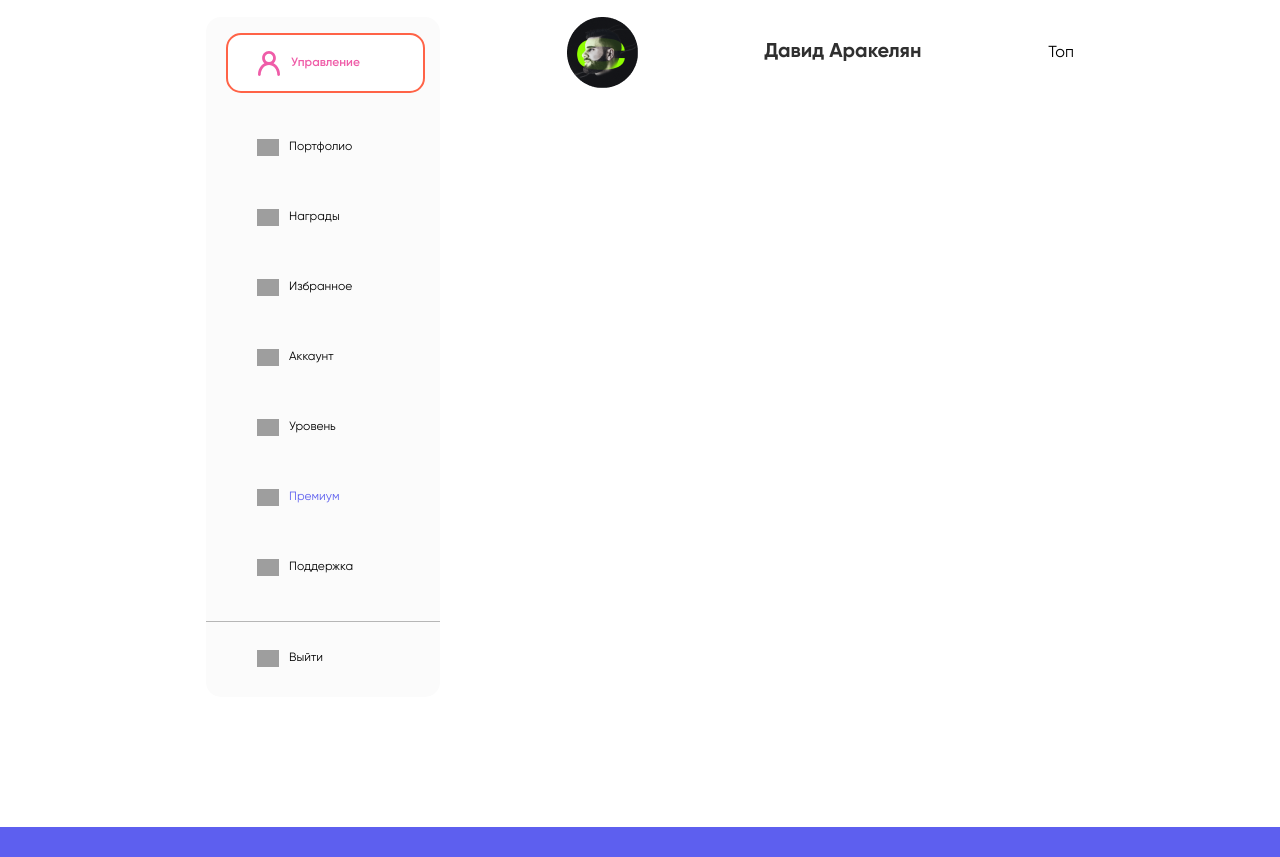
Repository: alexboagreek/selfmade
Page: index.html
These files come from the project's save history. The page is drawn as it stood at one moment and after a run of saves; the edit follows.
The browser window is 1280 px wide. The pictures show the part of the page from y = 353 to 1210 px (the page is 1719 px tall).
Pictures or frames that could not be fetched are drawn as grey boxes. A picture or video elsewhere on the page could not be fetched, so the positions and the page height are approximate.

Above is the page before, as saved 2022-12-13 12:19:32.

### index.html
<!DOCTYPE html>
<html lang="ru">
<head>
    <meta charset="UTF-8">
    <meta http-equiv="X-UA-Compatible" content="IE=edge">
    <meta name="viewport" content="width=device-width, initial-scale=1.0">
    <link rel="stylesheet" href="css/style.css">
    <link rel="icon" type="image/png" sizes="64x64" href="assets/icons/favicon.png">
    <link rel="icon" type="image/png" sizes="48x48" href="assets/icons/favicon_48.png">
    <title>Selfmade</title>
</head>
<body>
    <header class="header">
        <div class="header__container">
            <h1 class="visually-hidden">Selfmade...</h1>
            <div class="header__box">
                <div class="header__logo">
                    <a href="/"><img src="./assets/icons/header_logo.svg" alt="Логотип Selfmade"></a>
                </div>
                <div class="header__login">
                    <div class="header__alarm">
                        <img class="header__alarm_icon" src="assets/icons/bell.svg" alt="authorization bell">
                    </div>
                    <p class="user__name">Аракелян Д.</p>
                    <div class="user__login">
                        <img src="assets/icons/user_icon.svg" alt="user icon">
                    </div>
                </div>

            </div>

        </div>
    </header>

    <main class="main main__container">
        <div class="sidebar">
            <ul class="menu__list">
                <li class="menu__list_item menu__list_item_fix">
                    <button class="menu__list_button menu__button_control control__text">Управление</button>
                </li>
                <li class="menu__list_item list_item_fix">
                    <button class="menu__list_button menu__button_portfolio">Портфолио</button>
                </li>
                <li class="menu__list_item list_item_fix">
                    <button class="menu__list_button menu__button_star">Награды</button>
                </li>
                <li class="menu__list_item list_item_fix">
                    <button class="menu__list_button menu__button_like">Избранное</button>
                </li>
                <li class="menu__list_item list_item_fix">
                    <button class="menu__list_button menu__button_settings">Аккаунт</button>
                </li>
                <li class="menu__list_item list_item_fix">
                    <button class="menu__list_button menu__button_level">Уровень</button>
                </li>
                <li class="menu__list_item list_item_fix">
                    <button class="menu__list_button menu__button_premium menu__button_active">Премиум</button>
                </li>
                <li class="menu__list_item item__border list_item_fix">
                    <button class="menu__list_button menu__button_helper">Поддержка</button>
                </li>
                <li class="menu__list_item list_item_fix menu__line">
                    <button class="menu__list_button menu__button_exit">Выйти</button>
                </li>
            </ul>
        </div>
        <div class="content">
            <section class="interface">
                <div class="interface__box">
                    <div class="interface__box_header">
                        <div class="user__info">

                        </div>
                        <img src="assets/img/interface.png" alt="Логотип интерфейса юзера | user interface logo" class="interface__img">
                        <p class="interface__text">Давид Аракелян</p>
                        <div class="interface__rating">Топ</div>
                    </div>
                </div>
            </section>
        </div>
    </main>

  <footer class="footer">
    <div class="footer__container">
        <div class="footer__box">
            <img src="./assets/icons/footer_logo.svg" alt="Логотип Selfmade">
            <div class="footer__social">
                <ul class="footer__social_list">
                    <li class="footer__social_list_item">
                        <svg width="15" height="14" viewbox="0 0 15 14" fill="none" xmlns="http://www.w3.org/2000/svg">
                            <path d="M0.911243 6.87875L4.18677 8.10128L5.45459 12.1786C5.53572 12.4397 5.85504 12.5363 6.067 12.363L7.89283 10.8745C8.08421 10.7186 8.35682 10.7108 8.55683 10.856L11.85 13.2469C12.0767 13.4117 12.3979 13.2875 12.4548 13.0135L14.8672 1.40935C14.9293 1.11007 14.6352 0.860402 14.3502 0.970619L0.907405 6.15646C0.575664 6.2844 0.578554 6.75408 0.911243 6.87875ZM5.25027 7.4505L11.6519 3.50775C11.7669 3.43709 11.8853 3.59266 11.7865 3.6843L6.50332 8.59526C6.31761 8.76813 6.19783 8.99946 6.1639 9.25055L5.98393 10.5842C5.9601 10.7623 5.70995 10.78 5.66081 10.6077L4.96866 8.17563C4.88939 7.89823 5.00491 7.60194 5.25027 7.4505Z" fill="#5D5FEF"/>
                        </svg>
                    </li>
                    <li class="footer__social_list_item">
                        <svg width="15" height="15" viewbox="0 0 15 15" fill="none" xmlns="http://www.w3.org/2000/svg">
                            <path fill-rule="evenodd" clip-rule="evenodd" d="M4.90509 0.6828C2.54568 0.6828 0.632996 2.59548 0.632996 4.9549V10.295C0.632996 12.6544 2.54568 14.5671 4.90509 14.5671H10.2452C12.6046 14.5671 14.5173 12.6544 14.5173 10.295V4.9549C14.5173 2.59548 12.6046 0.6828 10.2452 0.6828H4.90509ZM7.57515 3.88687C5.51067 3.88687 3.83707 5.56047 3.83707 7.62496C3.83707 9.68944 5.51067 11.363 7.57515 11.363C9.63964 11.363 11.3132 9.68944 11.3132 7.62496C11.3132 5.56047 9.63964 3.88687 7.57515 3.88687ZM11.5421 4.64975C12.0898 4.64975 12.5338 4.20573 12.5338 3.65801C12.5338 3.11029 12.0898 2.66627 11.5421 2.66627C10.9944 2.66627 10.5504 3.11029 10.5504 3.65801C10.5504 4.20573 10.9944 4.64975 11.5421 4.64975Z" fill="#5D5FEF"/>
                        </svg>
                    </li>
                    <li class="footer__social_list_item">
                        <svg width="16" height="9" viewbox="0 0 16 9" fill="none" xmlns="http://www.w3.org/2000/svg">
                            <path d="M12.9479 4.91454C12.7006 4.61918 12.7714 4.48778 12.9479 4.22376C12.9511 4.22075 14.9925 1.55289 15.2028 0.648132L15.2041 0.647529C15.3086 0.317814 15.2041 0.0755005 14.6987 0.0755005H13.0263C12.6006 0.0755005 12.4043 0.283456 12.2991 0.516125C12.2991 0.516125 11.4477 2.44378 10.2431 3.69332C9.85434 4.05438 9.67462 4.17012 9.46239 4.17012C9.35787 4.17012 9.19535 4.05438 9.19535 3.72467V0.647529C9.19535 0.252112 9.07617 0.0755005 8.72373 0.0755005H6.09412C5.82709 0.0755005 5.66839 0.259948 5.66839 0.431737C5.66839 0.80666 6.27066 0.892856 6.33312 1.9477V4.23642C6.33312 4.73792 6.23689 4.83015 6.02338 4.83015C5.45489 4.83015 4.07508 2.89465 3.25739 0.679476C3.09232 0.249701 2.93108 0.0761032 2.50216 0.0761032H0.829178C0.351821 0.0761032 0.255585 0.284059 0.255585 0.516728C0.255585 0.927817 0.824079 2.97181 2.89921 5.67222C4.28221 7.51549 6.22988 8.51428 8.00164 8.51428C9.06661 8.51428 9.19663 8.29246 9.19663 7.91091C9.19663 6.14961 9.10039 5.98325 9.63383 5.98325C9.88111 5.98325 10.3068 6.09898 11.3011 6.98806C12.4374 8.04231 12.6242 8.51428 13.2602 8.51428H14.9326C15.4093 8.51428 15.6508 8.29246 15.5119 7.85485C15.1939 6.93442 13.0448 5.04112 12.9479 4.91454V4.91454Z" fill="#5D5FEF"/>
                        </svg>
                    </li>
                    <li class="footer__social_list_item">
                        <svg width="7" height="14" viewbox="0 0 7 14" fill="none" xmlns="http://www.w3.org/2000/svg">
                            <path d="M5.1126 2.93661H6.8285V0.446777H4.81141V0.455757C2.36736 0.540786 1.86645 1.89031 1.8223 3.30771H1.81727V4.55101H0.153015V6.9893H1.81727V13.5253H4.3254V6.9893H6.37996L6.77685 4.55101H4.32622V3.79984C4.32622 3.32082 4.65072 2.93661 5.1126 2.93661Z" fill="#5D5FEF"/>
                        </svg>
                    </li>
                </ul>
            </div>
        </div>
        <div class="footer__services">
            <ul class="services__list">
                <li class="services__list_item">Как работает сервис?</li>
                <li class="services__list_item">Советы от SELFMADE</li>
                <li class="services__list_item">Пользовательское соглашение</li>
                <li class="services__list_item">Почему SELFMADE</li>
                <li class="services__list_item">Помощь и поддержка</li>
            </ul>
        </div>
    </div>
    <div class="footer__copyright">
        <ul class="footer__copyright_list">
            <li class="footer__copyright_list_item footer__copy_text">© SELFMADE.TEAM 2022</li>
            <li class="footer__copyright_list_item footer__copy_text-info">ИНН 431207720494 / ОГРНИП 320508100324371</li>
            <li class="footer__copyright_list_item">
                <a class="footer__copyright_link" href="#">Политика конфиденциальности</a>
            </li>
        </ul>
    </div>

  </footer>
</body>
</html>

### css/style.css
@import 'normalize.css';
@import 'fonts.css';
@import 'default.css';
@import 'header.css';
@import 'sidebar.css';
@import 'interface.css';
@import 'footer.css';

### css/fonts.css
@font-face {
    font-family: Gilroy;
    src: url(../assets/fonts/Gilroy-Regular.woff2) format('woff2'),
    url(../assets/fonts/Gilroy-Regular.woff) format('woff');
    font-weight: 400;
}

@font-face {
    font-family: Gilroy;
    src: url(../assets/fonts/Gilroy-Semibold.woff2) format('woff2'),
    url(../assets/fonts/Gilroy-Semibold.woff) format('woff');
    font-weight: 500;
}

@font-face {
    font-family: Gilroy;
    src: url(../assets/fonts/Gilroy-Bold.woff2) format('woff2'),
    url(../assets/fonts/Gilroy-Bold.woff) format('woff');
    font-weight: 600;
}

### css/default.css
:root {
    --color-control-text:#EF5DA8;
    --color-menu: #F0F0F0;
    --color-menu-active: #5D5FEF;
    --color-alarm: #EF5DA8;
    --color-main: #FBFBFB;
    --footer-color-main: #5D5FEF;
    --footer-color-copyright: #5556D3;
    --footer-social-color: #FFFFFF;
    --footer-copyright-link: #B6B6B6;
}

html {
  overflow-x: hidden;
  position: relative;
  box-sizing: border-box;
}

*,
*::before,
*::after {
  box-sizing: inherit;
}

body {
  display: flex;
  flex-direction: column;
  min-width: 320px;
  height: 100%;
  font-family: Gilroy, sans-serif;
  background-color: #FFFFFF;
  font-size: 16px;
  overflow-x: hidden;
  position: relative;
}

img,
svg {
  max-width: 100%;
  max-height: 100%;
  height: auto;
}

button {
  padding: 0;
  cursor: pointer;
  border: none;
  background-color: transparent;
}

a {
  text-decoration: none;
  color: inherit;
}

ul {
  list-style: none;
  padding: 0;
  margin: 0;
}

h1,
h2,
h3,
p,
figure,
fieldset {
  margin: 0;
}

iframe {
  border: none;
}

fieldset {
  padding: 0;
  border: 0;
}

.visually-hidden {
  position: fixed;
  transform: scale(0);
}

.container {
    max-width: 1400px;
    padding: 0 100px;
    margin: 0 auto;
}

### css/header.css
.header {
    padding-top: 28px;
    padding-bottom: 37px;
    flex: 0 0 auto;
    background-color: #FFFFFF;
}

.header__box {
    display: flex;
    justify-content: space-between;
    align-items: center;
}

.header__container {
    max-width: 1500px;
    margin: 0 auto;
    padding: 0 100px;
}

.header__alarm {
    position: relative;
    margin-right: 11px;
}

.header__alarm::after {
    position: absolute;
    top: 0;
    content: '';
    width: 5px;
    height: 5px;
    background-color: var(--color-alarm);
    border-radius: 50%;
}
.user__name {
    margin-right: 6px;
}

.header__login {
    display: flex;
    align-items: center;
}

.user__login {
    cursor: pointer;
}

.services__list_item {
    cursor: pointer;
}

### css/sidebar.css
.main {
    display: flex;
}

.main__container {
    max-width: 1200px;
    margin: 0 auto;
}

.sidebar {
    display: flex;
    justify-content: center;
    width: 234px;
    border-radius: 15px;
    background-color: var(--color-main);
    margin-bottom: 130px;
}

.menu__list_button {
    font-size: 12px;
    line-height: 16px;
    padding: 7px 8px 7px 40px;
    background-size: 22px;
    background-position: 8px center;
    background-repeat: no-repeat;
    border-radius: 50px;
    border: 1px solid transparent;
    white-space: nowrap;
    outline: none;
    margin-bottom: 38px;
}

.menu__list_item_fix {
    display: flex;
    padding-left: 20px;
    align-items: flex-start;
}

.menu__button_active {
    color: var(--color-menu-active);
}

.menu__button_control {
    width: 199px;
    margin-top: 16px;
    border-radius: 15px;
    border: 2px solid tomato;
    padding: 20px;
    background-color: #FFFFFF;
    background-image: url('../assets/icons/user__icon.svg');
    background-position: calc(30px);
}

.control__text {
    font-weight: 500;
    color: var(--color-control-text);
}

.menu__button_portfolio {
    background-image: url('../assets/icons/portfolio_icon.svg');
}
.menu__button_star {
    background-image: url('../assets/icons/star_icon.svg');
}

.menu__button_like {
    background-image: url('../assets/icons/like_icon.svg');
}
.menu__button_settings {
    background-image: url('../assets/icons/settings_icon.svg');
}
.menu__button_level {
    background-image: url('../assets/icons/level_icon.svg');
}
.menu__button_premium {
    background-image: url('../assets/icons/premium_icon.svg');
}

.menu__button_helper {
    background-image: url('../assets/icons/helper_icon.svg');
}

.menu__line {
    width: 234px;
    border-top: 1px solid var(--footer-copyright-link);
}
.menu__button_exit {
    background-image: url('../assets/icons/exit_icon.svg');
    margin-top: 20px;
    margin-bottom: 23px;
}

.list_item_fix {
    padding-left: 42px;
}

### css/interface.css
.interface__box {
    width: 634px;
}
.interface__box_header {
    display: flex;
    justify-content: space-between;
    align-items: center;
}

.interface__text {
    font-weight: 700;
    font-size: 20px;
    line-height: 1.06;
    color: #2F2F2F;
}

### css/footer.css
.footer {
    flex: 0 0 auto;
}

.footer__container {
    padding: 50px 140px 0px 140px;
    background-color: var(--footer-color-main);
}

.footer__box {
    display: flex;
    justify-content: space-between;
    background-color: var(--footer-color-main);
    margin-bottom: 50px;
}

.footer__social_list_item {
    display: flex;
    align-items: center;
    justify-content: center;
    width: 29px;
    height: 29px;
    background-color: var(--footer-social-color);
    border-radius: 50%;
    margin-right: 19px;
    cursor: pointer;
}

.footer__social_list_item:last-child {
    margin-right: 0;
}

.footer__social_list {
    display: flex;
}

.footer__services {
    padding-bottom: 41px;
}

.services__list {
    display: flex;
    justify-content: space-between;
}
.services__list_item {
    font-size: 16px;
    font-weight: 500;
    color: var(--footer-social-color);
}

.footer__copyright {
    padding: 30px 140px;
    border-top: 1px solid #FFFFFF;
    background-color: var(--footer-color-copyright);
}

.footer__copyright_list {
    display: flex;
    justify-content: space-between;
}

.footer__copy_text {
    font-weight: 500;
    line-height: 16px;
    color: var(--footer-social-color);
}

.footer__copy_text-info {
    font-weight: 400;
    color: var(--footer-social-color);
}
.footer__copyright_link {
    color: var(--footer-copyright-link);
}

Loaded but not shown: css/normalize.css (library)

After the next 2 saves:
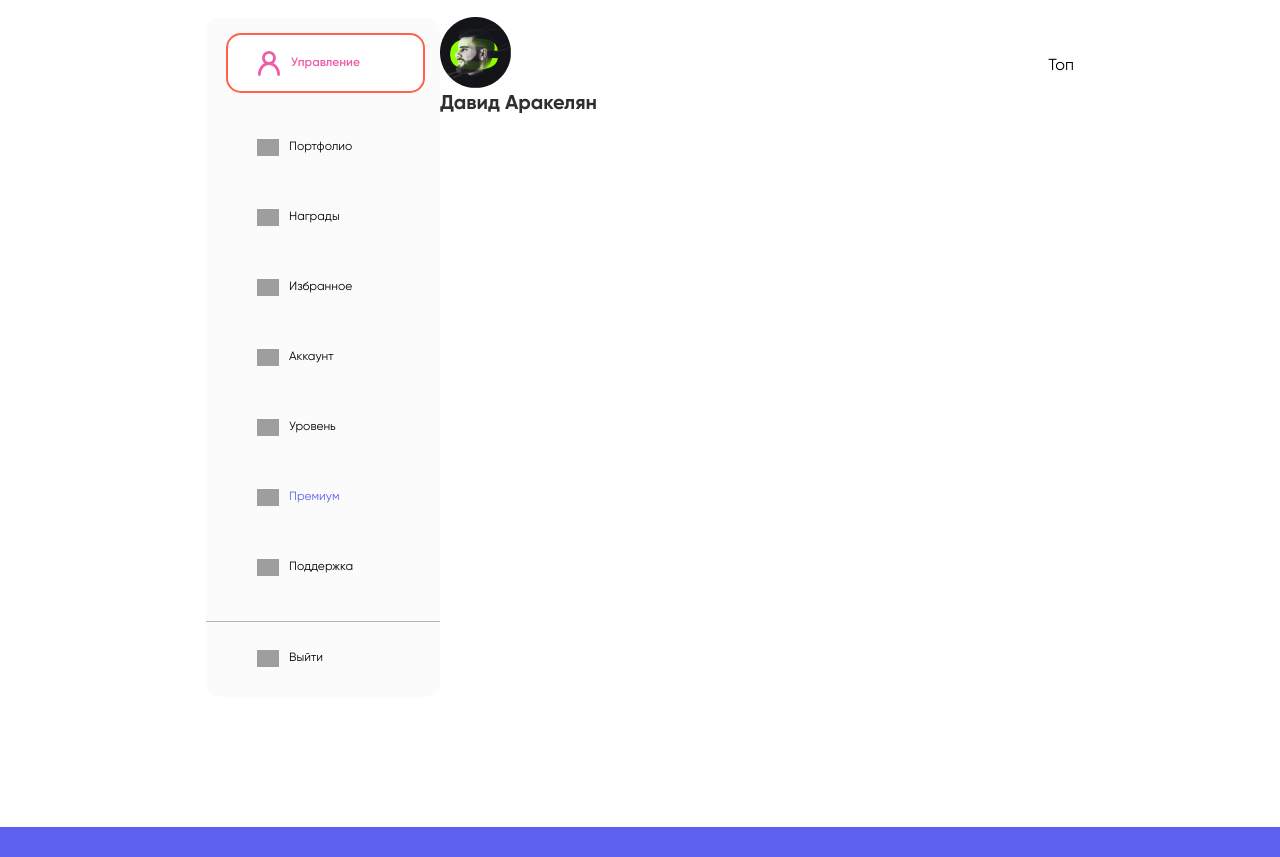
The 2 saves are shown as one change because they came seconds apart.
The last was saved 9 s later.
--- a/index.html
+++ b/index.html
@@ -69,10 +69,10 @@
                 <div class="interface__box">
                     <div class="interface__box_header">
                         <div class="user__info">
+                            <img src="assets/img/interface.png" alt="Логотип интерфейса юзера | user interface logo" class="interface__img">
+                            <p class="interface__text">Давид Аракелян</p>
+                        </div>
 
-                        </div>
-                        <img src="assets/img/interface.png" alt="Логотип интерфейса юзера | user interface logo" class="interface__img">
-                        <p class="interface__text">Давид Аракелян</p>
                         <div class="interface__rating">Топ</div>
                     </div>
                 </div>
